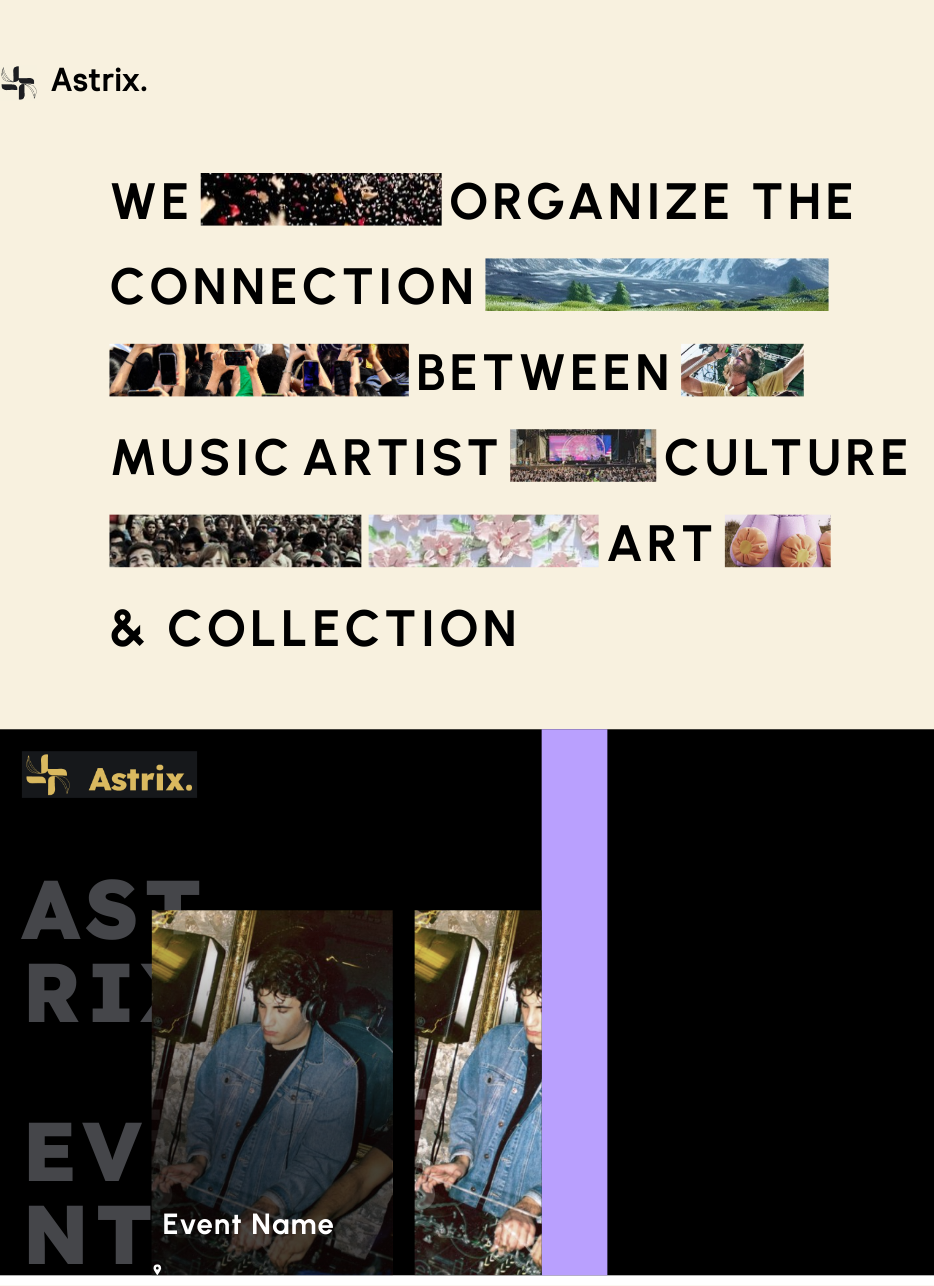
Repository: sharma171/astrix
Page: /
An editor plug-in stored every save of this project. The page is shown before and after the next save, followed by the edit.
The browser window is 1280 px wide. The pictures show the whole page, at 73% of full size.
The project was rebuilt for these pictures with package versions that can differ from the ones it lists, and the page was loaded fresh each time.

Above is the page before, as saved 2024-05-20 14:31:41.

After the next save:
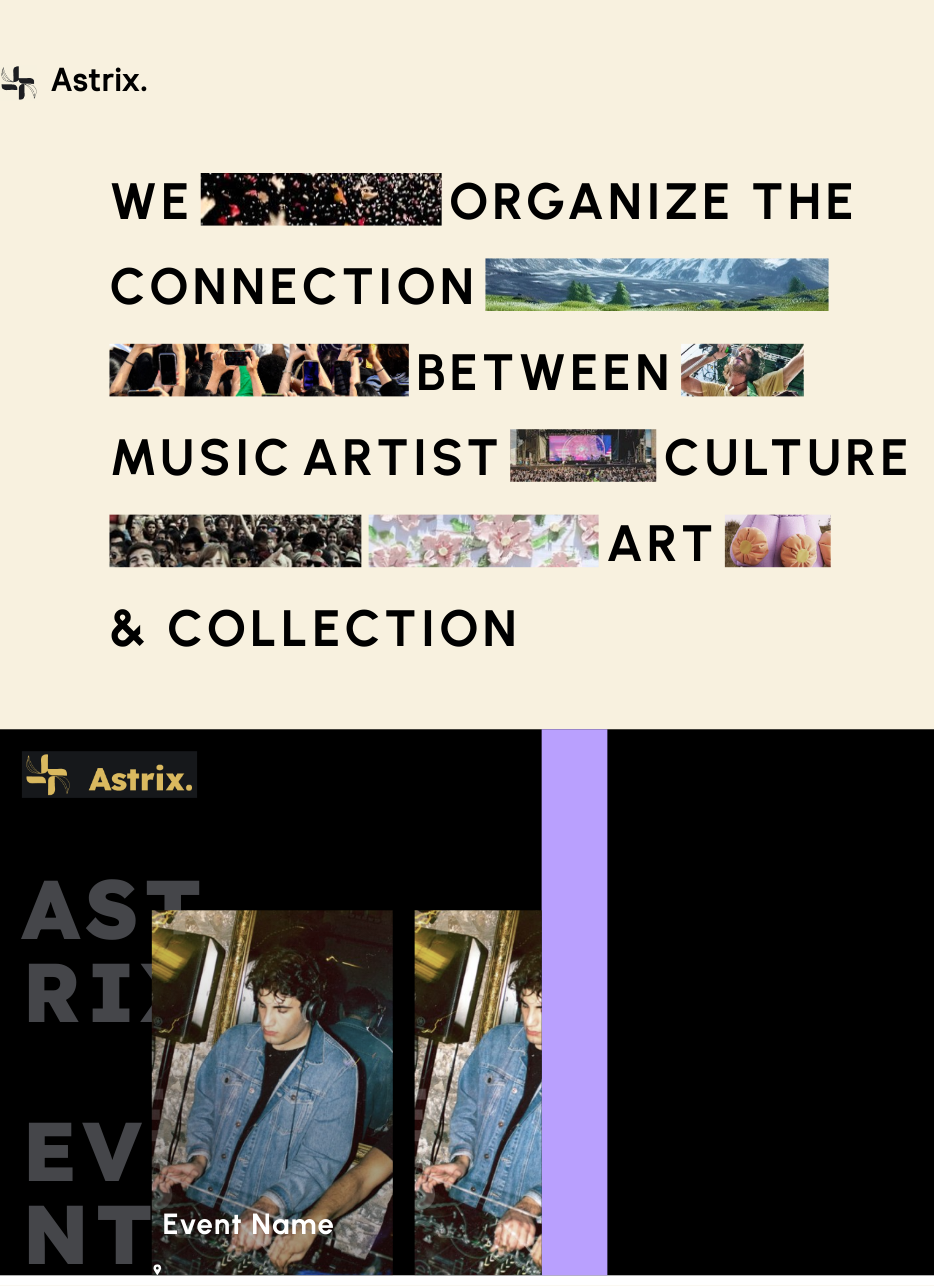
Saved 2 min 29 s later.
--- a/src/component/home.css
+++ b/src/component/home.css
@@ -90,7 +90,7 @@
     align-items: flex-start;
     color: #fff;
     font-family: "Urbanist", sans-serif;
-    background: linear-gradient(0deg, rgb(0 0 0 / 70%) 40%, rgb(0 0 0 / 0%) 98%);
+    background: linear-gradient(0deg, rgb(0 0 0 / 29%) 40%, rgb(0 0 0 / 0%) 100%);
 }
 
 .homesection .car-col .carousel-inner .carousel-box .car-item .overlay .eventname {
